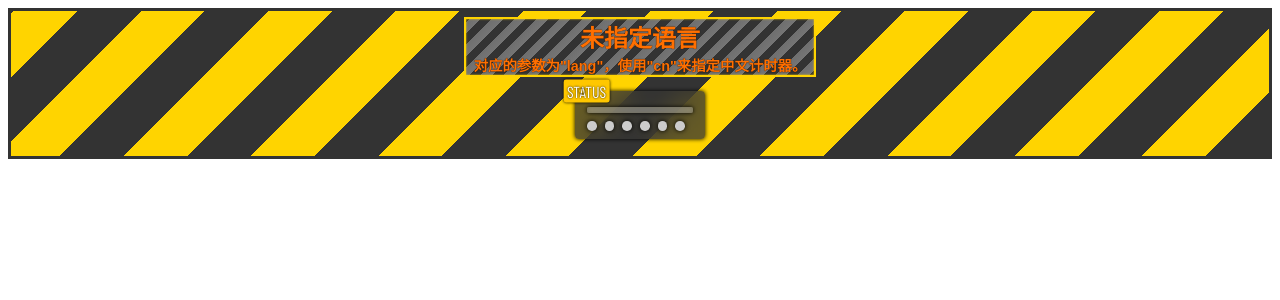
Repository: cirisus/ArknighTimer
Page: timer.html
An editor plug-in stored every save of this project. The page is shown before and after the next save, followed by the edit.
The browser window is 1280 px wide. The pictures show the whole page.
Some web fonts or font styles are not loaded; a fallback is used.

Above is the page before, as saved 2024-03-09 17:48:52.

After the next save:
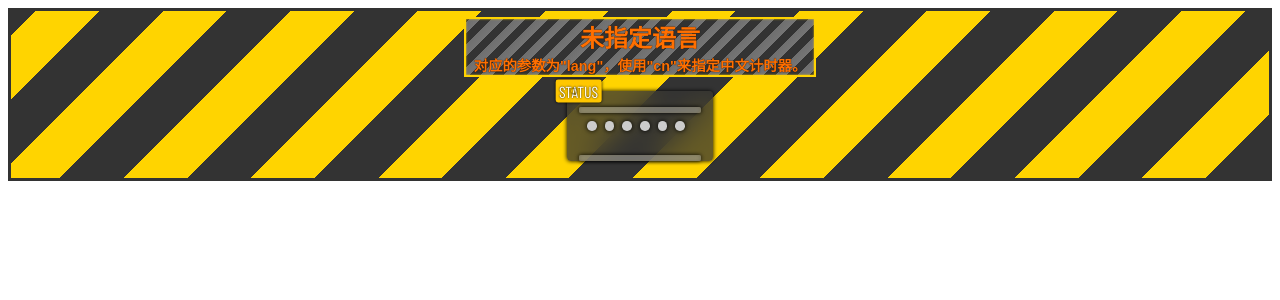
Saved 34 s later.
--- a/timer.html
+++ b/timer.html
@@ -46,6 +46,7 @@
           <span id="seconds" class="unit-value"></span>
           <span id="seconds-label" class="unit-label"></span>
         </div>
+        <div id="progress-bar" class="progress-bar"><span id="progress-line" class="progress-line"><span></div>
         </div>
       </div>
     </div>
